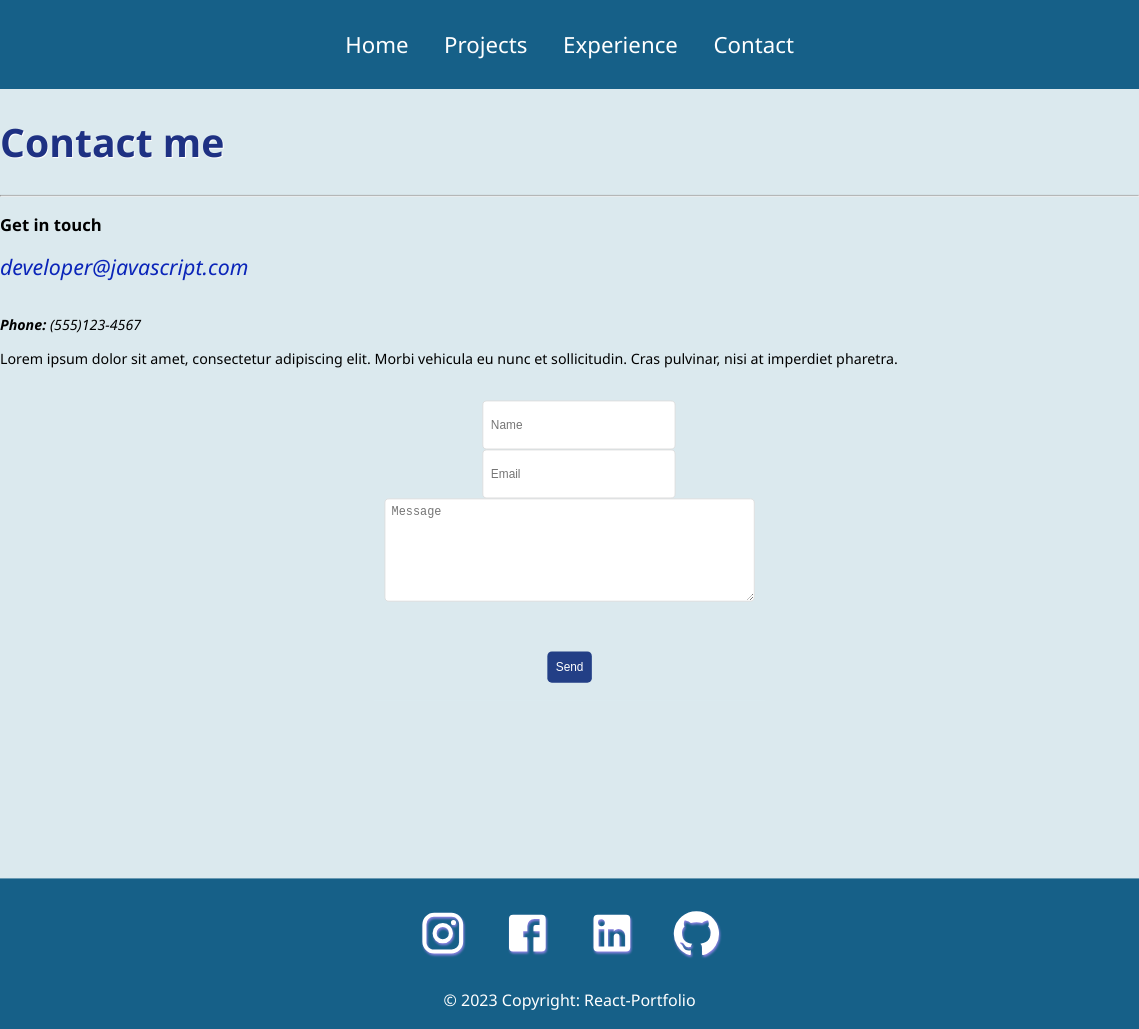
Repository: LolaSL/react-portfolio
Page: /contact
The author's editor kept a copy of each file at every save. The page is drawn from the files as they stood at one save, then again after the next save.
The browser window is 1280 px wide. The pictures show the whole page, at 89% of full size.
The project was rebuilt for these pictures with package versions that can differ from the ones it lists, and the page was loaded fresh each time. Some packages were replaced by stand-ins written for this rebuild. Also part of the build but not shown: src/pages/Home/Style.css, src/pages/Home/Home.jsx, src/components/ProjectItem/Style.css, src/components/ProjectItem/ProjectItem.jsx, src/helpers/ProjectList.js, src/pages/Projects/Style.css, src/pages/Projects/Projects.jsx, src/pages/Experience/Style.css and 2 more.

Above is the page before, as saved 2023-09-26 10:47:06.

After the next save:
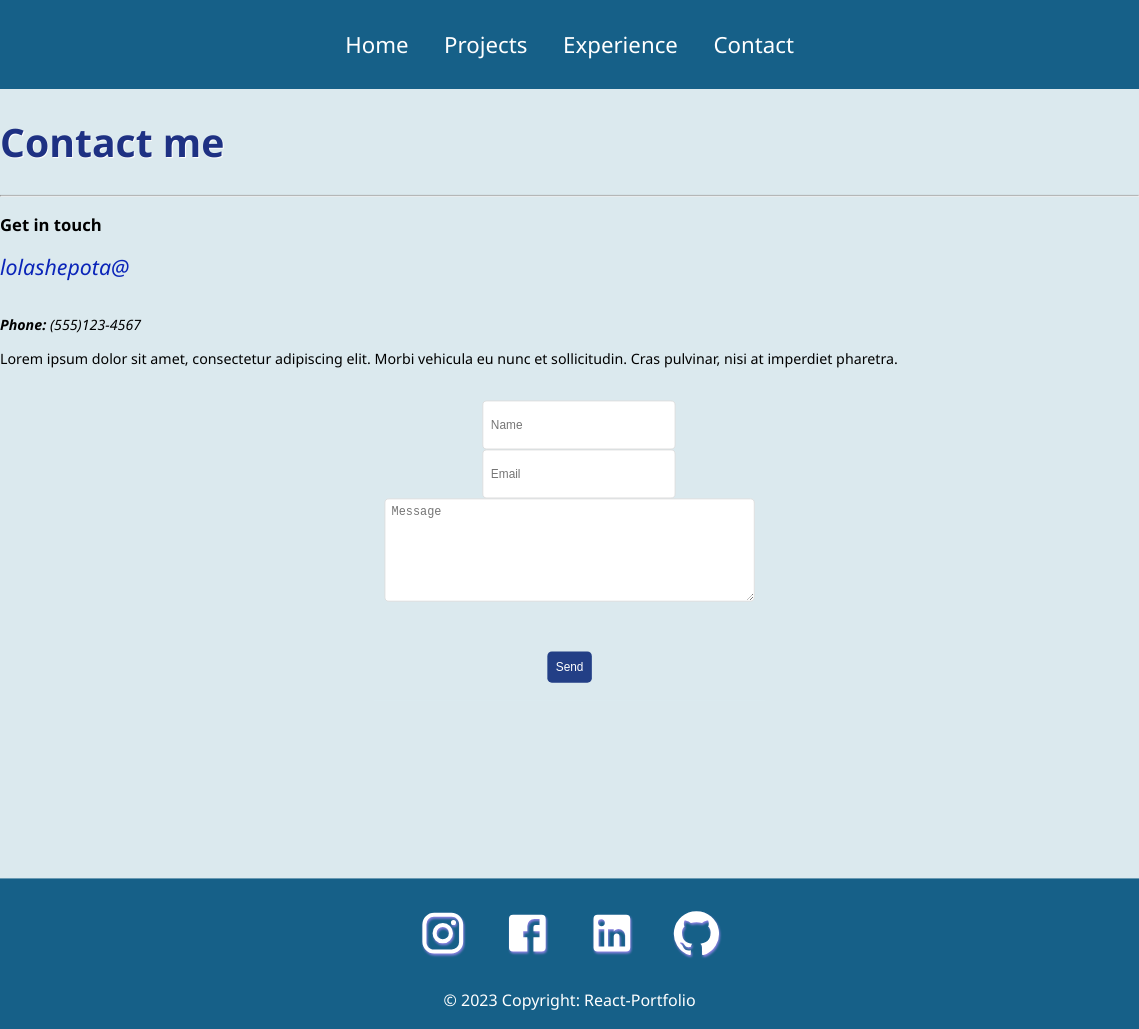
Saved 54 s later.
--- a/src/pages/Contact/contactConfig.js
+++ b/src/pages/Contact/contactConfig.js
@@ -67,7 +67,7 @@ const services = [
 ];
 
 const contactConfig = {
-  YOUR_EMAIL: 'developer@javascript.com',
+  YOUR_EMAIL: 'lolashepota@',
   YOUR_FONE: '(555)123-4567',
   description:
     'Lorem ipsum dolor sit amet, consectetur adipiscing elit. Morbi vehicula eu nunc et sollicitudin. Cras pulvinar, nisi at imperdiet pharetra. ',
